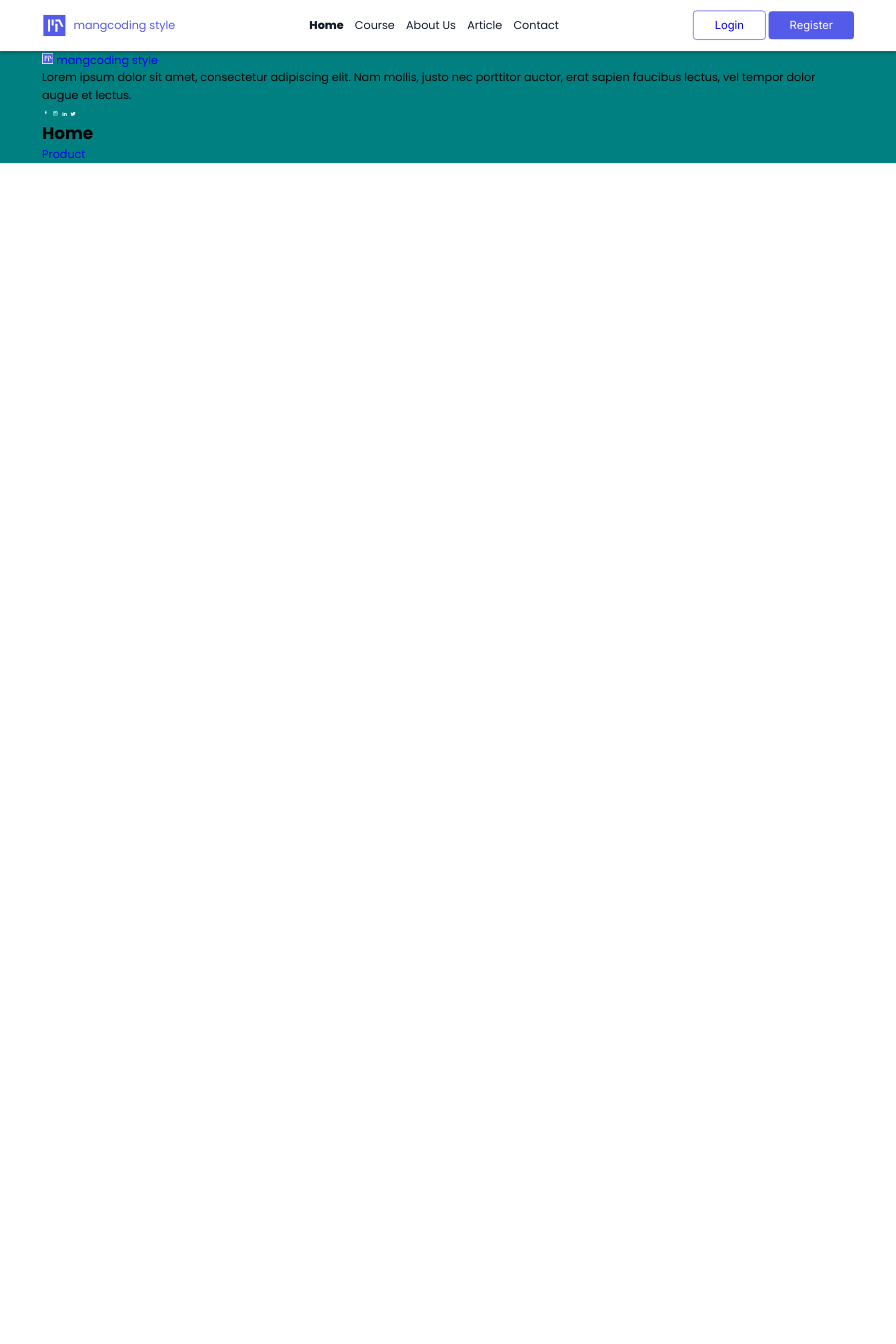
Repository: Dania-Alqam/landing-page
Page: index.html
These files come from the project's save history. The page is drawn as it stood at one moment and after a run of saves; the edit follows.
The browser window is 1280 px wide. The pictures show the part of the page from y = 0 to 1920 px (the page is 5000 px tall), at 70% of full size.

Above is the page before, as saved 2024-06-21 23:37:45.

### index.html
<!DOCTYPE html>
<html lang="en">
  <head>
    <meta charset="UTF-8" />
    <meta name="viewport" content="width=device-width, initial-scale=1.0" />
    <title>Document</title>
    <link rel="stylesheet" href="./assests/css/main.css" />
  </head>
  <body>
    <header class="header">
      <div class="container">
        <div class="row">
          <div class="logo">
            <img src="./assests/images/public/Logo.svg" alt="logo" />
            <a href="#">mangcoding style</a>
          </div>
          <nav class="nav">
            <ul>
              <li>
                <a href="#" class="active">Home</a>
              </li>
              <li>
                <a href="#">Course</a>
              </li>
              <li>
                <a href="#">About Us</a>
              </li>
              <li>
                <a href="#">Article</a>
              </li>
              <li>
                <a href="#">Contact</a>
              </li>
            </ul>
          </nav>
          <div class="auth">
            <a href="#">Login</a>
            <a href="#">Register</a>
          </div>
        </div>
      </div>
    </header>

    <footer class="footer">
      <div class="container">
        <div class="row">
          <div class="footer-start">
            <div class="logo">
              <img src="./assests/images/public/Logo.svg" alt="logo" />
              <a href="#">mangcoding style</a>
            </div>
            <p>
              Lorem ipsum dolor sit amet, consectetur adipiscing elit. Nam
              mollis, justo nec porttitor auctor, erat sapien faucibus lectus,
              vel tempor dolor augue et lectus.
            </p>
            <div class="icons">
              <a href="#"><img src="./assests/images/public/facebok.svg" /></a>
              <a href="#"
                ><img src="./assests/images/public/instagram.svg"
              /></a>
              <a href="#"><img src="./assests/images/public/linkedin.svg" /></a>
              <a href="#"><img src="./assests/images/public/twitter.svg" /></a>
            </div>
          </div>
          <div class="footer-end">
            <div class="row">
              <div class="footer-item">
                <h2>
                    Home
                </h2>
                <ul>
                    <li>
                        <a href="#">Product</a>
                    </li>
                </ul>
              </div>
              <div class="footer-item"></div>
              <div class="footer-item"></div>
              <div class="footer-item"></div>
            </div>
          </div>
        </div>
      </div>
    </footer>
  </body>
</html>

### assests/css/main.css
@import url(./public.css);
.header{
    /* it will not work becuase we added contianer so we add row*/
    /* display: flex; */
    position: sticky;
    top: 0;
    box-shadow: 0px 4px 4px rgba(0, 0, 0, 0.25);
    padding: 20px 0 ;
}

.nav ul{
    display: flex;
    flex-wrap: wrap;
    gap: 16px;
}
.header .logo{
    display: flex;
    flex-wrap: wrap;
    align-items: center;
    gap: 10px;
}
.header .logo img{
    width: 35px;
}

.header .logo a{
color: var(--mainColor);
}

.header .nav a{
    color: #101928;
}

.header .nav a:hover{
    color: var(--mainColor);
}
/* For the home bold*/
.active{
font-weight: 800;
}
/* common properities*/
.header .auth a{
    font-family: var(--subFont);
    padding: 10px 30px;
    border-radius: 5px;

}
.header .auth a:first-of-type{
    border: 1px solid var(--mainColor);
}
.header .auth a:last-of-type{
    background-color: var(--mainColor);
    color: white;
}
@media (max-width:900px) {
    .header .nav{
        display: none;
    }
}
.footer{
    background-color: teal;
}

### assests/css/public.css
@import url('https://fonts.googleapis.com/css2?family=Poppins:ital,wght@0,100;0,200;0,300;0,400;0,500;0,600;0,700;0,800;0,900;1,100;1,200;1,300;1,400;1,500;1,600;1,700;1,800;1,900&display=swap');
@import url('https://fonts.googleapis.com/css2?family=Inter:wght@100..900&display=swap');

*{
    margin: 0;
    padding: 0;
    box-sizing: border-box;
}
:root{
    --mainFont: "Poppins", sans-serif;
    --subFont:  "Inter", sans-serif;
    --mainColor: #545BE8;

}
body{
    font-family: var(--mainFont);
    height: 5000px;
}
a{
    text-decoration: none;
}
ul{
    list-style: none;
}
.row{
    display: flex;
    justify-content: space-between;
    align-items: center;
    flex-wrap: wrap;

}

.container{
    /* width from fugma is 60px from each side*/
    width: calc(100% - 120px);
    margin: auto;
}

After the next 2 saves:
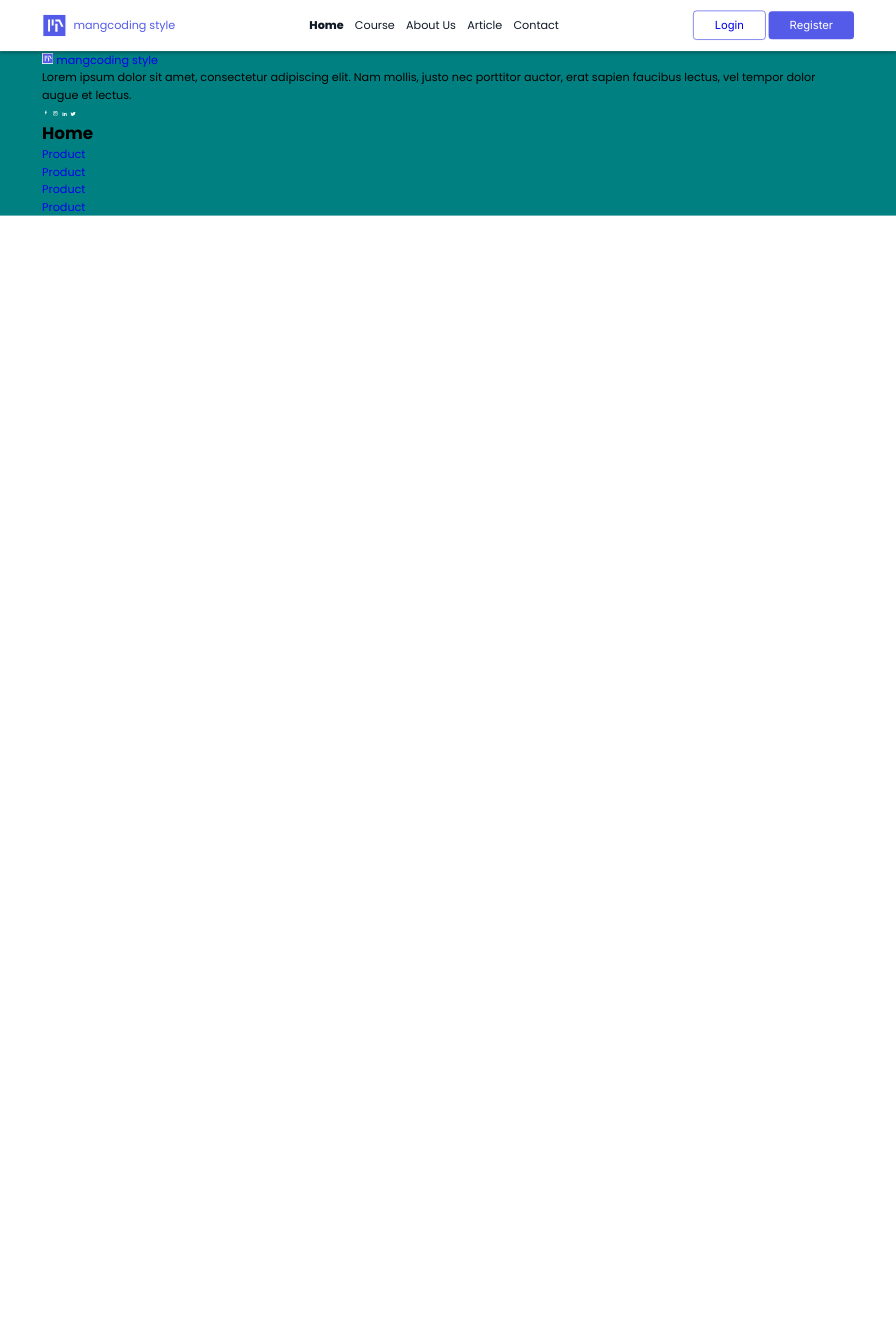
The 2 saves are shown as one change because they came seconds apart.
The last was saved 8 s later.
--- a/index.html
+++ b/index.html
@@ -73,6 +73,15 @@
                     <li>
                         <a href="#">Product</a>
                     </li>
+                    <li>
+                        <a href="#">Product</a>
+                    </li>
+                    <li>
+                        <a href="#">Product</a>
+                    </li>
+                    <li>
+                        <a href="#">Product</a>
+                    </li>
                 </ul>
               </div>
               <div class="footer-item"></div>
